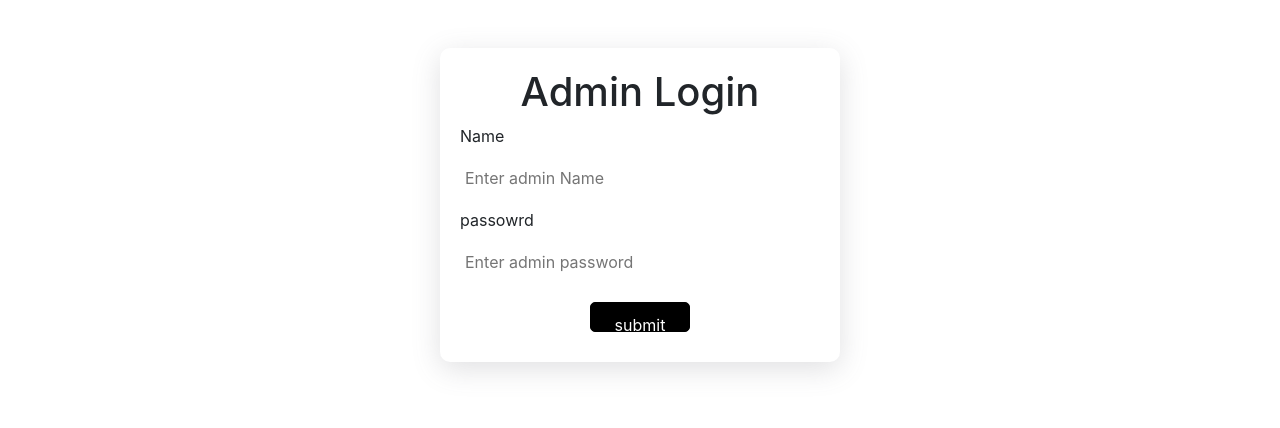
Repository: parthikjadav/parthik-react-practicle-exam
Page: /
These files come from the project's save history. The page is drawn as it stood at one moment and after the next save; the edit follows.
The browser window is 1280 px wide. The pictures show the whole page.
The project was rebuilt for these pictures with package versions that can differ from the ones it lists, and the page was loaded fresh each time. Requests to the local data server were answered from the project's data file. Also part of the build but not shown: src/App.css, src/componet/page/Reservationform.jsx, src/componet/page/Reservationlist.jsx, src/componet/header/navdata.js, src/componet/header/Navbar.jsx.

Above is the page before, as saved 2024-05-16 10:48:53.

### public/index.html
<!DOCTYPE html>
<html lang="en">
  <head>
    <meta charset="utf-8" />
    <link rel="icon" href="%PUBLIC_URL%/favicon.ico" />
    <meta name="viewport" content="width=device-width, initial-scale=1" />
    <meta name="theme-color" content="#000000" />
    <meta
      name="description"
      content="Web site created using create-react-app"
    />
    <link rel="apple-touch-icon" href="%PUBLIC_URL%/logo192.png" />
    <link href="https://cdn.jsdelivr.net/npm/bootstrap@5.0.2/dist/css/bootstrap.min.css" rel="stylesheet" integrity="sha384-EVSTQN3/azprG1Anm3QDgpJLIm9Nao0Yz1ztcQTwFspd3yD65VohhpuuCOmLASjC" crossorigin="anonymous">
    <!--
      manifest.json provides metadata used when your web app is installed on a
      user's mobile device or desktop. See https://developers.google.com/web/fundamentals/web-app-manifest/
    -->
    <link rel="manifest" href="%PUBLIC_URL%/manifest.json" />
    <script src="https://cdn.jsdelivr.net/npm/bootstrap@5.0.2/dist/js/bootstrap.bundle.min.js" integrity="sha384-MrcW6ZMFYlzcLA8Nl+NtUVF0sA7MsXsP1UyJoMp4YLEuNSfAP+JcXn/tWtIaxVXM" crossorigin="anonymous"></script>
    <!--
      Notice the use of %PUBLIC_URL% in the tags above.
      It will be replaced with the URL of the `public` folder during the build.
      Only files inside the `public` folder can be referenced from the HTML.

      Unlike "/favicon.ico" or "favicon.ico", "%PUBLIC_URL%/favicon.ico" will
      work correctly both with client-side routing and a non-root public URL.
      Learn how to configure a non-root public URL by running `npm run build`.
    -->
    <title>React App</title>
  </head>
  <body>
    <noscript>You need to enable JavaScript to run this app.</noscript>
    <div id="root"></div>
    <!--
      This HTML file is a template.
      If you open it directly in the browser, you will see an empty page.

      You can add webfonts, meta tags, or analytics to this file.
      The build step will place the bundled scripts into the <body> tag.

      To begin the development, run `npm start` or `yarn start`.
      To create a production bundle, use `npm run build` or `yarn build`.
    -->
  </body>
</html>

### src/index.js
import React from 'react';
import ReactDOM from 'react-dom/client';
import './index.css';
import App from './App';
import { BrowserRouter } from 'react-router-dom';
import { Provider } from 'react-redux';
import store from './componet/redux-saga/store';


const root = ReactDOM.createRoot(document.getElementById('root'));
root.render(
  <BrowserRouter>
    <React.StrictMode>
      <Provider store={store}>
      <App />
      </Provider>
    </React.StrictMode>
  </BrowserRouter>

);

### src/App.js
import { Route, Routes } from 'react-router-dom';
import './App.css';
import Adminlogin from './componet/page/Adminlogin';
import Reservationfrom from './componet/page/Reservationform';
import Reservationlist from './componet/page/Reservationlist';
import Navbar from './componet/header/Navbar';
import { useEffect } from 'react';
import { useDispatch } from 'react-redux';
import { GET_ROOM_PENDING } from './componet/redux-saga/room/action';
import { base_url, get_url } from './url';

const getRole = () => {
  const role = localStorage.getItem("role");
  return role;
};


function App() {

  const role = getRole();
  let dispatch = useDispatch();

  useEffect(() => {
    let url = base_url + get_url;
    dispatch({ type: GET_ROOM_PENDING, payload: url })
  })


  if (!role || role === "") {
    return (
      <Routes>
        <Route path="/" element={<Adminlogin />} />
      </Routes>
    );
  }

  if (role === "admin") {
    return (
      <>
        <Navbar />
        <Routes>
          <Route path="/reservation" element={<Reservationfrom />} />
          <Route path="/ReservationList" element={<Reservationlist />} />
        </Routes>
      </>
    );
  }



}

export default App;

### src/componet/redux-saga/store.js
import { applyMiddleware, createStore } from "redux";
import createSagaMiddleware from "redux-saga";
import { composeWithDevTools } from "@redux-devtools/extension";
import rootReducers from "./rootreducer";
import rootSaga from "./saga";



let sagaMiddleware = createSagaMiddleware();
const store = createStore(
    rootReducers,
    composeWithDevTools(applyMiddleware(sagaMiddleware))
);

sagaMiddleware.run(rootSaga)

export default store

### src/componet/page/Adminlogin.jsx
import React, { useRef } from 'react'
import "./AdminLogin.css"

const Adminlogin = () => {
    let name = useRef();
    let passowrd = useRef();

    const logindata = async () => {
        let data = {
            name: name.current.value,
            password: passowrd.current.value
        }
        console.log(data);
        if ("jignesh" == data.name && "3315" == data.password) {
            localStorage.setItem("role", "admin");
            window.location.href = "/reservation"
            console.log("login successfull");
            alert("login successfull")
        } else {
            alert("Error")
        }
    }
    return (
        <>
            <div class="mx-auto m-5 form" style={{ width: "400px" }}>
                <h1>Admin Login </h1>
                <label>Name  </label>
                <input type="text" placeholder='Enter admin Name' ref={name} />
                <label>passowrd </label>
                <input type="password" placeholder='Enter admin password' ref={passowrd} />
                <button onClick={logindata}>submit</button>
            </div>
        </>

    )
}

export default Adminlogin

### src/componet/redux-saga/room/action.js
//get action
export const GET_ROOM_PENDING = "GET_ROOM_PENDING";
export const GET_ROOM_SUCCESS = "GET_ROOM_SUCCESS";
export const GET_ROOM_ERROR = "GET_ROOM_ERROR";

//post action
export const POST_ROOM_PENDING = "POST_ROOM_PENDING";
export const POST_ROOM_SUCCESS = "POST_ROOM_SUCCESS";
export const POST_ROOM_ERROR = "POST_ROOM_ERROR";

//DELETE action
export const DELETE_ROOM_PENDING = "DELETE_ROOM_PENDING";
export const DELETE_ROOM_SUCCESS = "DELETE_ROOM_SUCCESS";
export const DELETE_ROOM_ERROR = "DELETE_ROOM_ERROR";

//UPDATA action
export const UPDATA_ROOM_PENDING = "UPDATA_ROOM_PENDING";
export const UPDATA_ROOM_SUCCESS = "UPDATA_ROOM_SUCCESS";
export const UPDATA_ROOM_ERROR = "UPDATA_ROOM_ERROR";

### src/url.js
export const base_url = "http://localhost:5000";

export const post_url = "/room";

export const get_url = "/room"

export const delete_url = "/room/"

export const updata_url = "/room/"

### src/componet/redux-saga/rootreducer.js
import { combineReducers } from "redux";
import roomReducer from "./room/reducer";


let rootReducers = combineReducers({
    roomReducer,
});

export default  rootReducers;

### src/componet/redux-saga/saga/index.js
import { all, call, put, takeLatest } from "redux-saga/effects";
import { DELETE_ROOM_ERROR, DELETE_ROOM_PENDING, DELETE_ROOM_SUCCESS, GET_ROOM_ERROR, GET_ROOM_PENDING, GET_ROOM_SUCCESS, POST_ROOM_ERROR, POST_ROOM_PENDING, POST_ROOM_SUCCESS, UPDATA_ROOM_ERROR, UPDATA_ROOM_PENDING, UPDATA_ROOM_SUCCESS } from "../room/action";
import { delete_room, get_room, post_room, updata_room } from "../room/api";

function* handle_post_room(action) {
    // console.log(action, "action from handle post room");
    try {
        let { data, status } = yield call(post_room, action);
        // console.log(data, status, "data and status from handle post room");
        if (status == 201 || status == 200) {
            yield put({ type: POST_ROOM_SUCCESS, data });
        } else {
            yield put({ type: POST_ROOM_ERROR, data });
        }
    }
    catch (error) {
        yield put({ type: POST_ROOM_ERROR, data: error })
    }
}

function* handle_get_room(action) {
    // console.log(action, "action from handle get room");
    try {
        let { data, status } = yield call(get_room, action);
        // console.log(data, status, "data and status from handle get room");
        if (status == 200) {
            yield put({ type: GET_ROOM_SUCCESS, data });
        }
        else {
            yield put({ type: GET_ROOM_ERROR, data });
        }
    }
    catch (error) {
        yield put({ type: GET_ROOM_ERROR, data: error });
    }
}

function* handle_delete_room(action) {
    // console.log(action, "action from handle delete room");
    try {
        let { data, status } = yield call(delete_room, action);
        // console.log(data, status, "data and status from handle delete room");
        if (status == 200) {
            yield put({ type: DELETE_ROOM_SUCCESS, data });
        } else {
            yield put({ type: DELETE_ROOM_ERROR, data });
        }
    }
    catch (error) {
        yield put({ type: DELETE_ROOM_ERROR, daat: error })
    }
}

function* handle_updata_room(action) {
    console.log(action, "action from handle updata room");
    try {
        let { data, status } = yield call(updata_room, action);
        console.log(data, status, "data and status from handle updata room");
        if (status == 200) {
            yield put({ type: UPDATA_ROOM_SUCCESS, data });
        }
        else {
            yield put({ type: UPDATA_ROOM_ERROR, data });
        }
    }
    catch (error) {
        yield put({ type: UPDATA_ROOM_ERROR, data: error })
    }
}

function* handle_post_room_saga() {
    yield takeLatest(POST_ROOM_PENDING, handle_post_room)
}

function* handle_get_room_saga() {
    yield takeLatest(GET_ROOM_PENDING, handle_get_room)
}

function* handle_delete_room_saga() {
    yield takeLatest(DELETE_ROOM_PENDING, handle_delete_room)
}

function* handle_updata_room_saga() {
    yield takeLatest(UPDATA_ROOM_PENDING, handle_updata_room)
}

function* rootSaga() {
    yield all([handle_post_room_saga(), handle_get_room_saga(), handle_delete_room_saga() , handle_updata_room_saga()])
}

export default rootSaga

### src/componet/page/AdminLogin.css
.form{
  width: 200px;
  padding: 20px;
  /* margin: 0px auto; */
  display: flex;
  flex-direction: column;
  justify-content: center;
  align-items: center;
  border-radius: 10px;
  box-shadow: rgba(100, 100, 111, 0.2) 0px 7px 29px 0px;
}
.form input{
  width: 100%;
  height: 40px;
  margin: 10px 0px;
  background-color: white;
  border: 0px solid black;
  border-radius: 5px;
  padding: 5px;
}
.form label{
  margin-right: auto;
}
.form button{
  width: 100px;
  height: 30px;
  margin: 10px 0px;
  border: 1px solid black;
  border-radius: 5px;
  background-color: black;
  color: white;
  cursor: pointer;
  padding: 10px;
}
.form button:hover{
  background-color: white;
  color: black;
}
.form button:active{
  background-color: white;
  color: black;
  border: 1px solid black;
}
.form a{
  margin-top: 10px;
  color: black;
  font-size: 12px;
  text-decoration: none;
  padding: 5px;
}

### src/componet/redux-saga/room/reducer.js
import { DELETE_ROOM_ERROR, DELETE_ROOM_PENDING, DELETE_ROOM_SUCCESS, GET_ROOM_ERROR, GET_ROOM_PENDING, GET_ROOM_SUCCESS, POST_ROOM_PENDING, POST_ROOM_SUCCESS, UPDATA_ROOM_ERROR, UPDATA_ROOM_PENDING, UPDATA_ROOM_SUCCESS } from "./action";


let initialState = {
    room: [],
    isLoading: false,
    isError: null,
};

let roomReducer = (state = initialState, action) => {
    console.log(action, "action from reducer");
    switch (action.type) {
        //post user
        case POST_ROOM_PENDING: {
            return {
                isLoading: true,
                ...state,
            }
        }
        case POST_ROOM_SUCCESS: {
            return {
                isLoading: false,
                room: state.room.concat(action.data),
            }
        }
        case POST_ROOM_SUCCESS: {
            return {
                isError: action.data,
                ...state,
            }
        }
        //get user
        case GET_ROOM_PENDING: {
            return {
                isLoading: true,
                ...state,
            }
        }
        case GET_ROOM_SUCCESS: {
            return {
                isLoading: false,
                room: action.data,
            }
        }
        case GET_ROOM_ERROR: {
            return {
                ...state,
                isError: action.data,
            }
        }
        //delete user
        case DELETE_ROOM_PENDING: {
            return {
                isLoading: true,
                ...state,
            }
        }
        case DELETE_ROOM_SUCCESS: {
            return {
                isLoading: false,
                room: state.room.filter((item) => item.id != action.data.id)
            }
        }
        case DELETE_ROOM_ERROR: {
            return {
                isLoading: false,
                isError: action.data,
            }
        }
        //update user
        case UPDATA_ROOM_PENDING: {
            return {
                isLoading: true,
                ...state,
            }
        }
        case UPDATA_ROOM_SUCCESS: {
            return {
                isLoading: false,
                room: state.room.map((value, index) => {
                    if (value.id == action.data.id) {
                        return {
                            ...value,
                            ...action.data,
                        }
                    } else {
                        return value;
                    }
                })
            }
        }
        case UPDATA_ROOM_ERROR: {
            return {
                isError: action.data,
                ...state,
            }
        }
        default: {
            return {
                ...state,
            }
        }
    }
}

export default roomReducer

### src/componet/redux-saga/room/api.js
import axios from "axios";
import { base_url, delete_url, get_url, post_url, updata_url } from "../../../url";


let post_room = (action) => {
    // console.log(action ,"this action from post room");
    return axios.post(base_url + post_url, action.payload).then((res) => {
        // console.log(res,"res is post room");
        let data = res.data;
        let status = res.status;
        return { data, status }
    })
}

let get_room = (action) => {
    // console.log(action, "this action from get rom");
    return axios.get(base_url + get_url).then((res) => {
        // console.log(res, "res is get rom");
        let data = res.data;
        let status = res.status;
        return { data, status }
    })
}

let delete_room = (action) => {
    // console.log(action, "this action from delete room");
    return axios.delete(base_url + delete_url + action.payload).then((res) => {
        // console.log(res, "res is delete room");
        let data = res.data;
        let status = res.status;
        return { data, status };
    })
}

let updata_room = (action) => {
    console.log(action, "this action from updata room");
    return axios.put(base_url + updata_url + action.payload.id, action.payload).then((res) => {
        console.log(res, "res is updata room");
        let data = res.data;
        let status = res.status;
        return { data, status }
    })
}

export { post_room, get_room, delete_room, updata_room }

### db.json
{
  "room": [
    {
      "id": "8675",
      "name": "jignesh",
      "mobile": "1235467892",
      "address": "kamrej surat",
      "arrival": "2024-05-10",
      "checkout": "2024-05-14",
      "roomlist": "platinum",
      "roomtype": "double bedroom",
      "lunchtime": "breakfast and lunch"
    },
    {
      "id": "50ac",
      "name": "test",
      "mobile": "9876543214",
      "address": "surat",
      "arrival": "2024-05-02",
      "checkout": "2024-05-12",
      "roomlist": "prime",
      "roomtype": "double bedroom",
      "lunchtime": "breakfast and lunch"
    },
    {
      "id": "c1a8",
      "name": "abcd",
      "mobile": "7539684216",
      "address": "surat",
      "arrival": "2024-05-05",
      "checkout": "2024-05-07",
      "roomlist": "platinum",
      "roomtype": "single bedroom",
      "lunchtime": "breakfast"
    }
  ]
}

Loaded but not shown: src/index.css (common file)

After the next save:
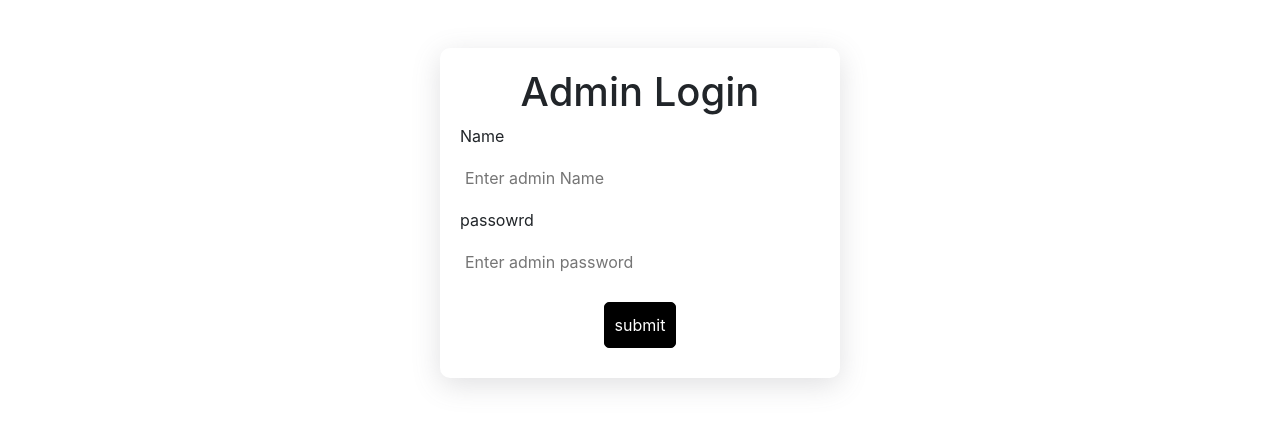
Saved 6 s later.
--- a/src/componet/page/AdminLogin.css
+++ b/src/componet/page/AdminLogin.css
@@ -22,8 +22,6 @@
   margin-right: auto;
 }
 .form button{
-  width: 100px;
-  height: 30px;
   margin: 10px 0px;
   border: 1px solid black;
   border-radius: 5px;
